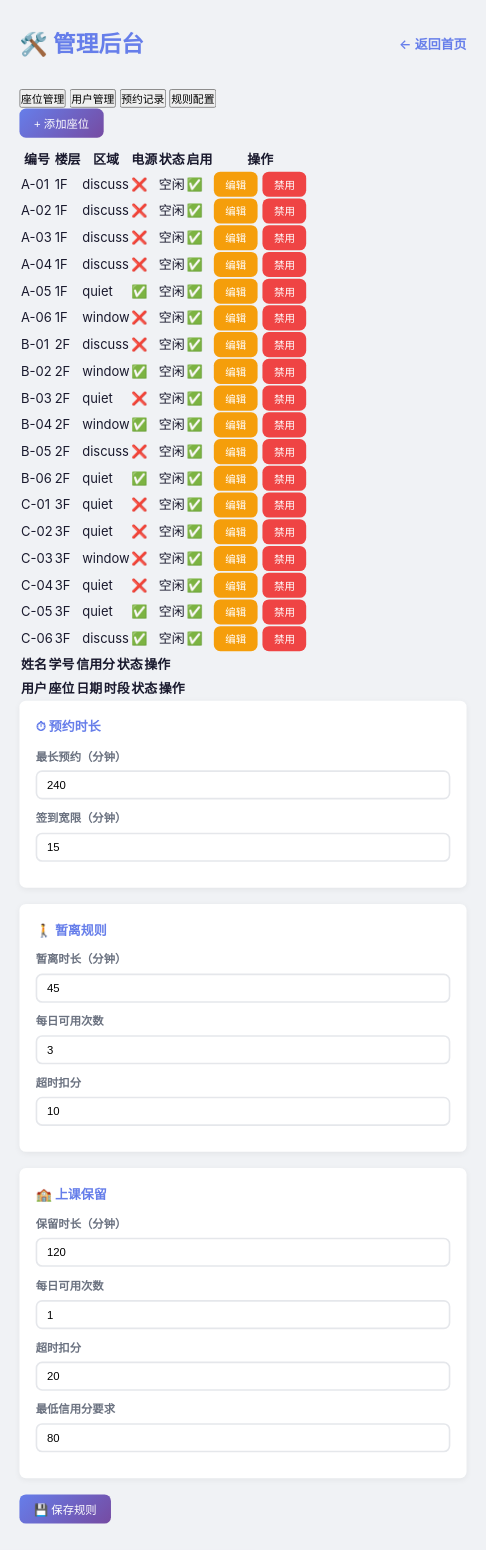
Repository: kinyono/library_seat_system
Page: admin.html
The author's editor kept a copy of each file at every save. The page is drawn from the files as they stood at one save, then again after the next save.
The browser window is 600 px wide. The pictures show the whole page, at 81% of full size.

Above is the page before, as saved 2026-09-16 00:04:26.

After the next save:
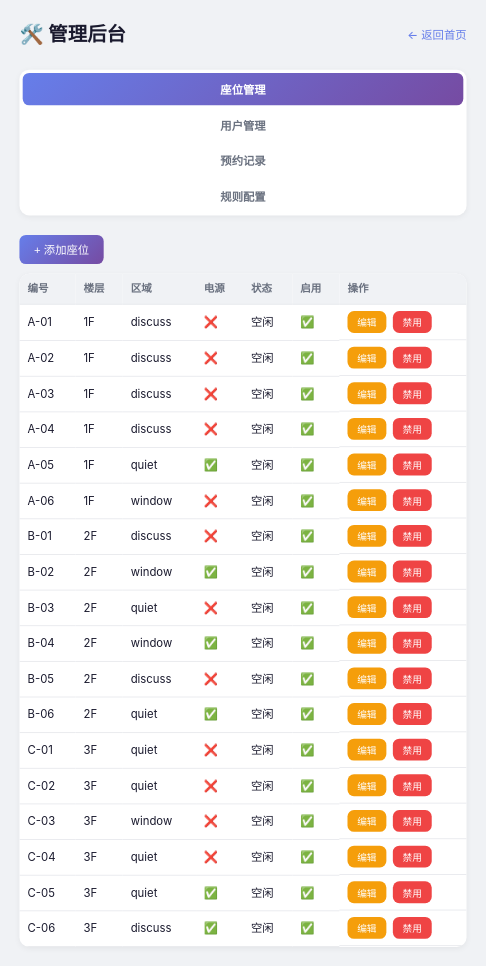
Saved 20 s later.
--- a/css/admin.css
+++ b/css/admin.css
@@ -1,26 +1,24 @@
-.admin-container {
-  max-width: 1300px; margin: 0 auto; padding: 32px 24px;
-}
-.admin-header {
-  display: flex; align-items: center; justify-content: space-between; margin-bottom: 32px;
-}
-.admin-header h1 { font-size: 28px; color: var(--primary); }
-.admin-header .back-link { color: var(--primary); text-decoration: none; font-weight: 600; }
-
-/* 规则表单网格 */
-.rules-grid {
-  display: grid; grid-template-columns: repeat(auto-fit, minmax(280px, 1fr));
-  gap: 20px;
-}
-.rule-card {
-  background: var(--bg-white); border-radius: var(--radius-sm);
-  padding: 20px; box-shadow: var(--shadow-sm);
-}
-.rule-card h4 { margin-bottom: 12px; color: var(--primary); }
+.admin-container { max-width: 950px; margin: 0 auto; padding: 24px; }
+.admin-header { display: flex; justify-content: space-between; align-items: center; margin-bottom: 24px; }
+.admin-header h1 { font-size: 24px; }
+.back-link { color: var(--primary); font-weight: 500; font-size: 14px; }
+.back-link:hover { text-decoration: underline; }
+.tabs { display: flex; gap: 4px; margin-bottom: 24px; background: var(--bg-white); border-radius: var(--radius-md); padding: 4px; box-shadow: var(--shadow-sm); }
+.tab-btn { flex: 1; padding: 10px 16px; border: none; background: transparent; border-radius: var(--radius-sm); cursor: pointer; font-size: 14px; font-weight: 600; color: var(--text-secondary); transition: var(--transition); white-space: nowrap; }
+.tab-btn.active { background: linear-gradient(135deg, var(--primary), var(--secondary)); color: #fff; }
+.tab-btn:hover:not(.active) { background: var(--bg-light); }
+.tab-content { display: none; }
+.tab-content.active { display: block; }
+.table-wrapper { overflow-x: auto; background: var(--bg-white); border-radius: var(--radius-md); box-shadow: var(--shadow-sm); }
+table { width: 100%; border-collapse: collapse; }
+th, td { padding: 12px 16px; text-align: left; border-bottom: 1px solid var(--border-color); }
+th { background: var(--bg-light); font-weight: 600; color: var(--text-secondary); font-size: 13px; }
+td { font-size: 14px; }
+.action-btns { display: flex; gap: 8px; flex-wrap: wrap; }
+.action-btns .btn { font-size: 12px; padding: 5px 12px; }
+.rules-grid { display: grid; grid-template-columns: repeat(auto-fit, minmax(250px, 1fr)); gap: 16px; }
+.rule-card { background: var(--bg-white); border-radius: var(--radius-md); padding: 20px; box-shadow: var(--shadow-sm); }
+.rule-card h4 { margin-bottom: 12px; color: var(--text-primary); font-size: 15px; }
 .rule-card .form-group { margin-bottom: 12px; }
-.rule-card .form-group label { font-size: 14px; }
-.rule-card .form-control { font-size: 14px; padding: 8px 12px; }
-
-/* 后台表格内操作按钮 */
-.action-btns { display: flex; gap: 6px; flex-wrap: wrap; }
-.action-btns .btn { padding: 6px 14px; font-size: 13px; }
+.rule-card .form-group label { font-size: 12px; }
+@media (max-width: 720px) { .tabs { flex-direction: column; } .tab-btn { text-align: center; } .rules-grid { grid-template-columns: 1fr; } th, td { padding: 8px 10px; } }
